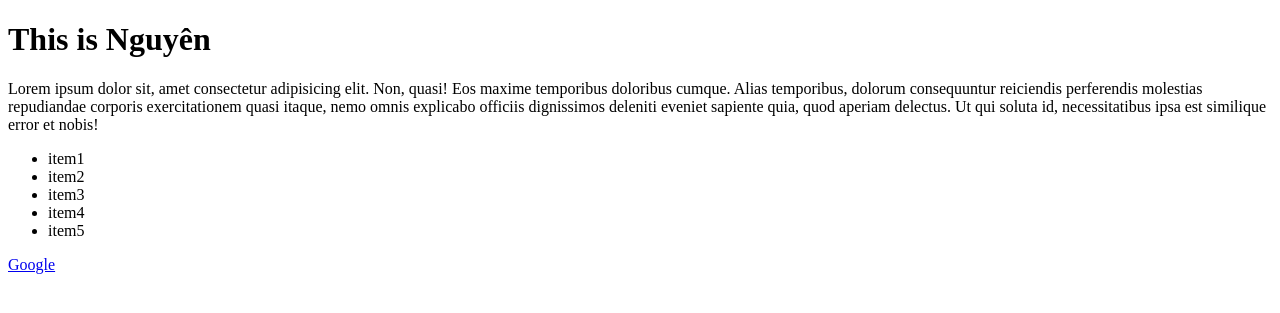
Repository: KhoiNguyen77/JS-C-Ba-n
Page: index.html
The author's editor kept a copy of each file at every save. The page is drawn from the files as they stood at one save, then again after the next save.
The browser window is 1280 px wide. The pictures show the whole page.

Above is the page before, as saved 2023-03-28 09:47:41.

### index.html
<!DOCTYPE html>
<html lang="en">
  <head>
    <meta charset="UTF-8" />
    <meta http-equiv="X-UA-Compatible" content="IE=edge" />
    <meta name="viewport" content="width=device-width, initial-scale=1.0" />
    <title>Document</title>
  </head>
  <body>
    <h1>This is Nguyên</h1>
    <div class="container">
      Lorem ipsum dolor sit, amet consectetur adipisicing elit. Non, quasi! Eos
      maxime temporibus doloribus cumque. Alias temporibus, dolorum consequuntur
      reiciendis perferendis molestias repudiandae corporis exercitationem quasi
      itaque, nemo omnis explicabo officiis dignissimos deleniti eveniet
      sapiente quia, quod aperiam delectus. Ut qui soluta id, necessitatibus
      ipsa est similique error et nobis!
    </div>
    <div id="spinner"></div>
    <ul>
      <li class="item item1">item1</li>
      <li class="item item2">item2</li>
      <li class="item item3">item3</li>
      <li class="item item4">item4</li>
      <li class="item item5">item5</li>
    </ul>
    <a href="gooogle.com.vn" class="link">Google</a>
    <script src="./index.js"></script>
  </body>
</html>

### index.js
// Function

compare = (a = 0, b = 0) => {
  if (typeof a !== "number" || typeof b !== "number") return 0;
  return Math.max(a, b);
};
console.log(compare(5, 10));

upperCase = (a = "") => {
  if (typeof a !== "string") {
    return console.log("Vui lòng nhập vào chữ");
  }
  let newWord = a.toLowerCase().charAt(0).toUpperCase();
  return newWord + a.toLowerCase().slice(1);
};
console.log(upperCase("nguyen"));

compare2 = (a, b, callback) => {
  let max = compare(a, b);
  callback(max);
};
inMax = (num) => {
  console.log(num);
};
console.log(compare2(500, 1000, inMax));
//  Date
// B1: viết chương trình nhập vào ngày tháng năm sinh và in ra
function getAge(year) {
  if (typeof year !== "number") {
    console.log("Vui lòng nhập đúng năm");
  }
  const thisYear = new Date().getFullYear();
  return thisYear - year;
}
const age2 = getAge(2000);
console.log(`Tuổi của bạn là ${age2} `);
// Bài 2:
// function countDown(minute = 0) {
//   let second = minute * 60;
//   let count = 0;
//   const countUp = setInterval(() => {
//     count += 1;
//     console.log(count);
//     if (count === second) {
//       alert("bạn đã hết giờ làm bài");
//       clearInterval(countUp);
//     }
//   }, 1000);
// }
// countDown(0.2);
// Bài 3:
function timeSince(time) {
  const now = new Date();
  const since = new Date(time);
  const truTime = Math.floor((now.getTime() - since.getTime()) / 1000);
  let quyDoiTime = truTime / 32140800;
  if (quyDoiTime > 1) {
    console.log(`${Math.floor(quyDoiTime)} năm trước`);
  }
  quyDoiTime = truTime / 2678400;
  if (quyDoiTime > 1 && truTime <= 32140800) {
    console.log(`${Math.floor(quyDoiTime)} tháng trước`);
  }
  quyDoiTime = truTime / 604800;
  if (quyDoiTime > 1 && truTime <= 2678400) {
    console.log(`${Math.floor(quyDoiTime)} tuần trước`);
  }
  quyDoiTime = truTime / 86400;
  if (quyDoiTime > 1 && truTime < 604800) {
    console.log(`${Math.floor(quyDoiTime)} ngày trước`);
  }
  quyDoiTime = truTime / 3600;
  if (quyDoiTime > 1 && truTime <= 86400) {
    console.log(`${Math.floor(quyDoiTime)} giờ trước`);
  }
  quyDoiTime = truTime / 60;
  if (quyDoiTime > 1 && truTime < 3600) {
    console.log(`${Math.floor(quyDoiTime)} phút trước`);
  }
}
// 1 năm: 32140800
// 1 tháng:2678400
// 1 tuần:604800
// 1 ngày:86400
// 1 giờ : 3600
// 1 phút: 60
timeSince("Thu Mar 23 2023 14:47:43 GMT+0700");
//
const array = [1, 2, 3, 4, 5, 6, 7, 8];
a = array.find((x) => x > 3);
b = array.findIndex((x) => x > 3);
console.log(a);
console.log(b);
const list = [4, 5, 6, 7, 8, 9, 1, 3, 5, 6];
console.log(list.map((x) => x * 2));
const listTripple = [];

const number = [1, 2, 3, 4, 5, 6, 7, 8];
const test = number.filter((x) => x > 2);
console.log(test);
// Đảo ngược một chuỗi
// VD : "My name is evondev" => VD: "evondev is name My"
function reverseString(str) {
  if (!str) return null;
  console.log(str.split(" ").reverse().join(" "));
}

reverseString("My name is evondev");
// Đảo ngược một chuỗi bao gồm các kí tự.
//  VD: "i love" => evol i

function reverse(str) {
  if (!str) return null;
  console.log(str.split("").reverse().join(""));
}
reverse("i love");
capitalizeWord = (item) => {
  let upper = item.charAt(0).toUpperCase();
  let lower = item.slice(1).toLowerCase();
  return `${upper}${lower}`;
};
// Capitalize 1 chuỗi: VD "my name is evondev" => "My Name Is Evondev"
capitalizeStr = (str) => {
  let layChuoi = str.split(" ");
  let inHoaStr = layChuoi.map((item) => capitalizeWord(item));
  return console.log(inHoaStr.join(" "));
};

let strMau = "my name is evondev";
capitalizeStr(strMau);
// let layStr = strMau.split(" ");
// console.log(layStr);
// let example = layStr.map(
//   item => {
//     let newWord  = item.charAt(0).toUpperCase();
//     let secondWord = item.slice(1).toLowerCase();
//     return `${newWord}${secondWord}`;
//   }
// );
// let kq = example.join(" ")
// console.log(example);
// console.log(kq);

//  Bài tập cơ bản về vòng lặp for
// sao chép 1 mảng bằng vòng lặp for
let numbers = [1, 2, 3, 4, 5, 6, 7, 8, 9, 10];
let kq = [];
for (let i = 0; i < numbers.length; i++) {
  kq.push(numbers[i]);
}
let string1 = "i love";
ketquaString = "";

for (i = string1.length - 1; i >= 0; i--) {
  ketquaString += string1[i];
  console.log(ketquaString);
}

//  Bài tập chương 6 số 1 và 2
let arrayB1 = [
  1,
  1000,
  false,
  null,
  "evondev",
  "",
  undefined,
  "javascript",
  [1, 2, 3],
];
// ketquaB1 = arrayB1.map((item) => {
// //   if (item) {
// //     ketquaB1.push(item);
// //   }
// // });

// // console.log(ketquaB1);
let filterArray = arrayB1.filter((item) => Boolean(item));
console.log(filterArray);

let arrayB2 = [
  [1, 2, 3, [false, null]],
  [1, 5, 6, ["javascript"]],
  [888, 666, [90]],
];
//
const result = arrayB2.flat(2).filter((item) => Boolean(item));
console.log(result);
// Bài 3: Đào ngược số nguyên. Ví dụ 1234 ==> 4321

reverseNumber = (num) => {
  let numToStr =
    parseInt(num.toString().split("").reverse().join("")) * Math.sign(num);
  console.log(numToStr);
};
reverseNumber(-12345);

fizzBuzz = (num) => {
  for (let i = 1; i < num; i++) {
    if (i % 2 === 0) {
      console.log("Fizz");
    } else if (i % 3 === 0) {
      console.log("Buzz");
    } else if (i % 2 === 0 && i % 3 === 0) {
      console.log("FizzBuzz");
    }
  }
};
fizzBuzz(4);

// Bài 4:

checkStr = (str) => {
  let character = "aoeui";
  let count = 0;
  for (let c of str) {
    if (character.includes(c)) count += 1;
  }
  console.log(count);
};
checkStr("evondev");

// Bài 5
let arraySo = [1, 2, 3, 1, 1, 1, 2, 2, 2, 5, 5, 5, 7, 7, 6]; // kết quả trả về là [1,2,3,4,5,6,7]

uniqueSo = (arrSo) => {
  let uniqueArray = [];
  for (let i = 0; i < arrSo.length; i++) {
    if (!uniqueArray.includes(arrSo[i])) uniqueArray.push(arrSo[i]);
  }
  console.log(uniqueArray);
};
uniqueSo(arraySo);

//  Bài 7: Viết 1 function xử lý từ 1 mảng lớn thành nhiều mảng con dựa vào một số nguyên đầu vào. Ví dụ
// ([1,2,3,4,5],2) => [[1,2],[3,4],[5,6]]
let mang = [1, 2, 3, 4, 5, 6];

phanMang = (arr, num) => {
  let result = [];
  let index = 0;
  while (index < arr.length) {
    result.push(arr.slice(index, num + index));
    index = index + num;
    console.log(result);
  }
};

phanMang(mang, 4);

let user = {
  firstName: "Nguyên",
};
let user2 = Object.assign(user);

//  TH1: This ở đây sẽ đề cập tới object, key gần nhất
let student2 = {
  name: "evondev",
  schol: "Cao Thang",
  age: 27,
  male: true,
  "last-name": "tuan",
  hi: function () {
    console.log(`my name is ${this.name} and I'm ${this.age} years old`);
  },
  fullName: {
    name: "Tran Anh Tuan",
  },
};
student2.hi();
// Optional chaining
console.log(student2.fullName); //trả về undefined nếu như key không tồn tại
// console.log(student2.fullName.name); //trả về Cannot read properties of undefined (reading 'name')
if (student2.fullName) {
  if (student2.fullName.name) {
    console.log(student2.fullName.name);
  }
}

// student2.fullName?.name ==> Nếu có key là full name thì mới chạy qua .name
console.log(student2.fullName?.name);

// Destructuring object
//  const {name, age, male} = student2;

let { name, age, male, ...rest } = student2;
console.log(name, age, male, rest);

let objNew = {
  name: "evondev",
  school: "Cao Thang",
  age: 27,
};
function whatYourInfo2({ name, age, school }) {
  console.log(name, age, school);
}

whatYourInfo2(objNew);
function whatYourInfo(obj) {
  console.log((obj.name, obj.age, obj.school));
}

// BT Object
//  Viết 1 function kiểm tra value có phải là object hay không
//  {} [] null ==> đều là type object

isObject = (value) => {
  if (typeof value === "object" && !Array.isArray(value) && value !== null) {
    return true;
  }
  return false;
};
console.log(isObject(null));

// BT 2: {a: 1, b:2} => [["a":1], ["b":2]]

objectToArray = (obj) => {
  if (!isObject(obj)) return;
  let result = Object.entries(obj);
  console.log(result);
};
objectToArray({
  a: 1,
  b: 2,
  c: 3,
});

// BT 3: Viết phương thức without. VD {{a: 1, b:2}, b} => {a:1}

without = (obj, ...key) => {
  let copyObj = { ...obj };
  key.forEach((item) => delete copyObj[item]);
  let result = copyObj;
  console.log(result);
};
without(
  {
    a: 1,
    b: 2,
    c: 3,
  },
  "b"
);

// BT 4: Viết 1 function để kiểm tra 2 object truyền vào có bằng nhau không

isEqualOBject = (obj1, obj2) => {
  let objKey1 = Object.keys(obj1);
  let objKey2 = Object.keys(obj2);
  if (objKey1.length !== objKey2.length) return false;   //check length của mảng
  let result = objKey1.every((key) => obj1[key] === obj2[key]); ///duyệt value qua từng key
  console.log(result);
  return result;
};

isEqualOBject(
  {
    a: 1,
    b: 2,
  },
  { a: 1, b: 2 }
);

// Node selector:
const singleNode = document.querySelector("h1");
const singleNode2 = document.querySelector(".container");
const singleNode3 = document.querySelector("#spinner");
console.log(singleNode);
console.log(singleNode3);
console.log(singleNode2);

// Multinode:
const multiNode = document.querySelectorAll(".item");
console.log(multiNode);


// Getattribute() bằng node:

let link = document.querySelector(".link");
console.log(link.getAttribute("href"));

// get attribute bằng NodeList
let listLi = document.querySelectorAll(".item");
listLi.forEach(item => {
  console.log(item.getAttribute("class"));
})


// setAttribute():
link.setAttribute("target", "_blank");

After the next save:
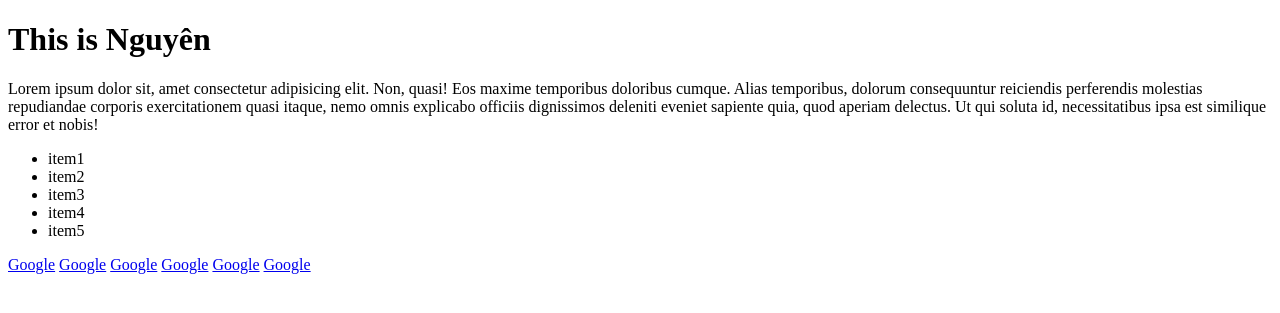
Saved 49 s later.
--- a/index.html
+++ b/index.html
@@ -25,6 +25,11 @@
       <li class="item item5">item5</li>
     </ul>
     <a href="gooogle.com.vn" class="link">Google</a>
+    <a href="gooogle.com.vn" class="link">Google</a>
+    <a href="gooogle.com.vn" class="link">Google</a>
+    <a href="gooogle.com.vn" class="link">Google</a>
+    <a href="gooogle.com.vn" class="link">Google</a>
+    <a href="gooogle.com.vn" class="link">Google</a>
     <script src="./index.js"></script>
   </body>
 </html>
